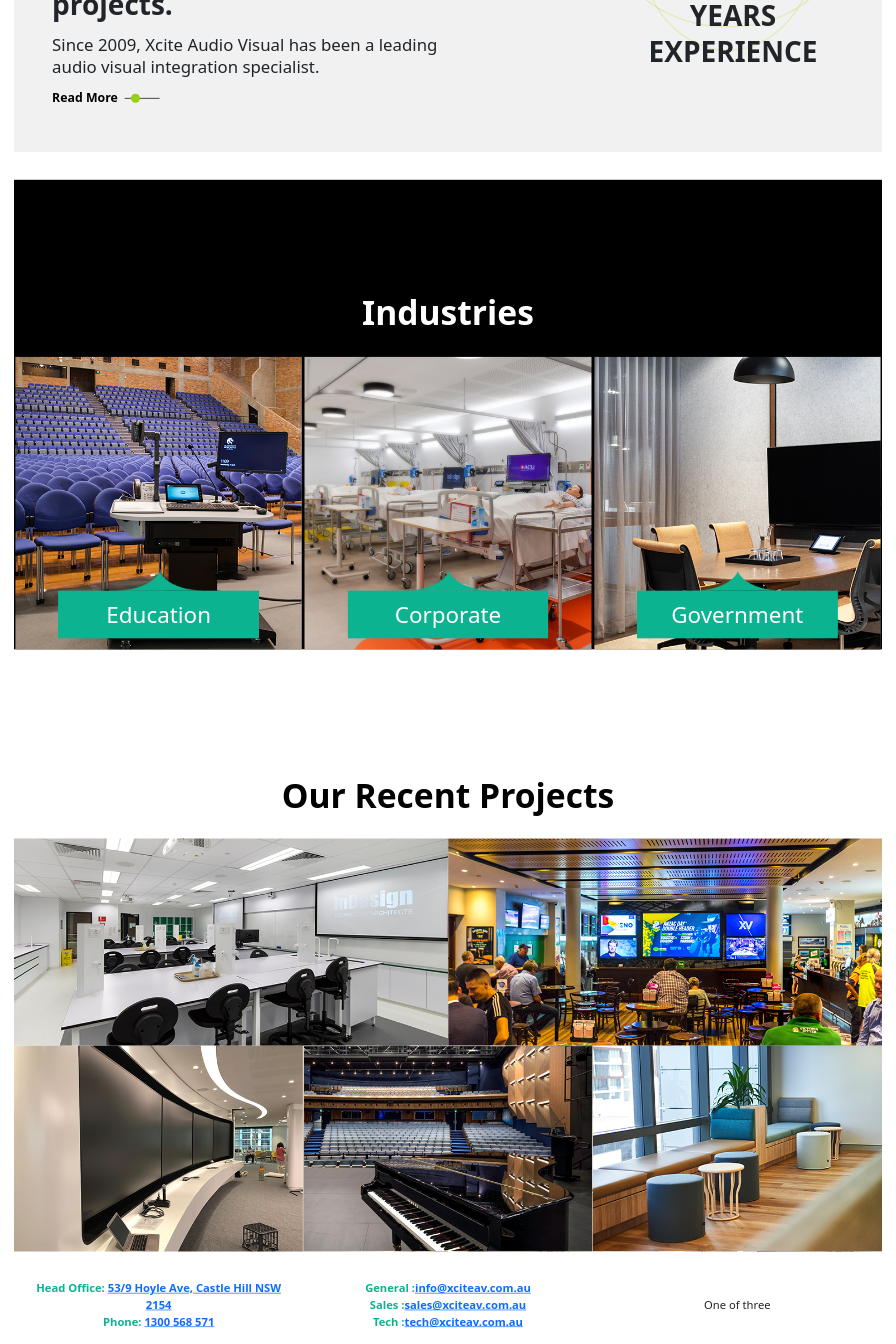
Repository: Imprasna/designplus
Page: index.html
An editor plug-in stored every save of this project. The page is shown before and after a run of saves, followed by the edit.
The browser window is 1280 px wide. The pictures show the part of the page from y = 1057 to 2977 px (the page is 2977 px tall), at 70% of full size.

Above is the page before, as saved 2022-03-16 23:21:17.

### index.html
<!DOCTYPE html>
<html lang="en">

<head>
  <meta charset="UTF-8">
  <meta http-equiv="X-UA-Compatible" content="IE=edge">
  <meta name="viewport" content="width=device-width, initial-scale=1.0">
  <link href="https://cdn.jsdelivr.net/npm/bootstrap@5.1.3/dist/css/bootstrap.min.css" rel="stylesheet"
    crossorigin="anonymous">
  <script src="https://cdn.jsdelivr.net/npm/bootstrap@5.1.3/dist/js/bootstrap.bundle.min.js" crossorigin="anonymous">
  </script>
  <link rel="stylesheet" href="style.css">
  <title>DesignPlus</title>
</head>

<body>

  <header>
    <div class="container-fluid">
      <nav class="navbar navbar-expand-lg navbar-light bg-light">
        <div class="container-fluid">
          <a class="navbar-brand" href="#"><img src="assets/Images/XCITEAV_logo.svg" alt=""></a>
          <button class="navbar-toggler" type="button" data-bs-toggle="collapse"
            data-bs-target="#navbarSupportedContent" aria-controls="navbarSupportedContent" aria-expanded="false"
            aria-label="Toggle navigation">
            <span class="navbar-toggler-icon"></span>
          </button>
          <div class="collapse navbar-collapse" id="navbarSupportedContent">
            <ul class="navbar-nav ms-auto mb-2 mb-lg-0">
              <li class="nav-item">
                <a class="nav-link active" aria-current="page" href="#">About</a>
              </li>
              <li class="nav-item">
                <a class="nav-link" href="#">Industries</a>
              </li>
              <li class="nav-item">
                <a class="nav-link" href="#">Xcite Care</a>
              </li>
              <li class="nav-item">
                <a class="nav-link" href="#">Projects</a>
              </li>
              <li class="nav-item">
                <a class="nav-link" href="#">Clients</a>
              </li>
              <li class="nav-item">
                <a class="nav-link" href="#">Contact Us</a>
              </li>
              <li class="nav-item tel-phone">
                <a href="tel:1300568571" class="nav-link">T: 1300 568 571</a>
              </li>
            </ul>
            <!-- <form class="d-flex">
                      <input class="form-control me-2" type="search" placeholder="Search" aria-label="Search">
                      <button class="btn btn-outline-success" type="submit">Search</button>
                    </form> -->
          </div>
        </div>
      </nav>
    </div>
  </header>

  <main>
    <section>
      <div class="container-fluid hero_sec">
        <img src="assets/Images/hero-banner.jpg" alt="">
        <p class="hero_texts">
          <span>Focused on</span> Providing reliable, robust solutions
        </p>
      </div>
    </section>

    <section>
      <div class="container-fluid second_sec">
        <div class="container-fluid">
          <div class="row second_sec-block">
            <div class="col-sm-5 col-md-6">
              <p>
                <span>Xcite Audio Visual</span> is a technology based company focused on providing reliable, robust
                solutions that enhance the user experience for our client's projects.
              </p>
              <p class="description">
                Since 2009, Xcite Audio Visual has been a leading audio visual integration specialist.
              </p>
              <a href="#">Read More</a>
            </div>
            <div class="col-sm-5 col-md-6 second_sec-img">
              <img src="assets/Images/about-ring.png" alt="">
              <p class="fifty">
                <span>50</span>
                years Experience
              </p>
            </div>
          </div>
        </div>
      </div>
    </section>

    <section>
      <div class="container-fluid industries">
        <div class="container-fluid">
          <div class="row industries_block">
            <h1>Industries</h1>
            <div class="col-md-4 g-1 align-items-end">
              <div class="card" style="width: 100%;">
                <img src="assets/Images/service_education.jpg" class="card-img-top" alt="...">
                <a href="#" class="btn btn-primary">Education</a>
                <!-- <div class="card-body">
                </div> -->
              </div>
            </div>
            <div class="col-md-4 g-1 align-items-end">
              <div class="card" style="width: 100%;">
                <img src="assets/Images/service_government.jpg" class="card-img-top" alt="...">
                <a href="#" class="btn btn-primary">Corporate</a>
                <!-- <div class="card-body">
                </div> -->
              </div>
            </div>
            <div class="col-md-4 g-1 align-items-end">
              <div class="card" style="width: 100%;">
                <img src="assets/Images/service_corporate.jpg" class="card-img-top" alt="...">
                <a href="#" class="btn btn-primary">Government</a>
                <!-- <div class="card-body">
                </div> -->
              </div>
            </div>
          </div>
        </div>
      </div>
    </section>

    <section>
      <div class="container-fluid third_sec">
        <div class="container-fluid">
          <div class="row third_sec-block">
            <h1>Our Recent Projects</h1>
            <div class="col-md-6 gx-0">
              <img src="assets/Images/recent_project_01.jpg" alt="">
            </div>
            <div class="col-md-6 gx-0">
              <img src="assets/Images/recent_project_02.jpg" alt="">
            </div>
          </div>
          <div class="row third_sec-block-2">
            <div class="col-md-4 gx-0">
              <img src="assets/Images/recent_project_03.jpg" alt="">
            </div>
            <div class="col-md-4 gx-0">
              <img src="assets/Images/recent_project_04.jpg" alt="">
            </div>
            <div class="col-md-4 gx-0">
              <img src="assets/Images/recent_project_05.jpg" alt="">
            </div>
          </div>
        </div>
      </div>
    </section>

  </main>

  <footer>
    <div class="container-fluid footer_sec">
      <div class="container-fluid">
        <div class="row align-items-center justify-content-center footer_sec-block">
            <div class="col-md-4 text-center">
              <p>Head Office: <a href="#">53/9 Hoyle Ave, Castle Hill NSW 2154</a></p>
              <p>Phone: <a href="tel:1300 568 571">1300 568 571</a></p>
            </div>
            <div class="col-md-4 text-center">
              <p>General :<a href="#">info@xciteav.com.au</a> </p>
              <p>Sales :<a href="#">sales@xciteav.com.au</a> </p>
              <p>Tech :<a href="#">tech@xciteav.com.au</a> </p>
            </div>
            <div class="col-md-4 text-center">
              One of three
            </div>
        </div>
      </div>
    </div>
  </footer>



</body>

</html>

### style.css
* {
    margin: 0;
    padding: 0;
    box-sizing: border-box;
}

html {
    scroll-behavior: smooth;
}


.hero_sec > img {
    width: 100%;
}

.container-fluid.hero_sec {
    padding: 0;
    position: relative;
}

p.hero_texts {
    position: absolute;
    top: 40%;
    left: 5%;
    font-size: 3.2rem;
    line-height: 1.3;
    font-weight: 700;
    color: #fff;
    max-width: 35%;
    width: 28%;
    z-index: 2;
}

p.hero_texts > span {
    position: relative;
    z-index: 2;
}

p.hero_texts > span::after {
    content: '';
    position: absolute;
    bottom: 7px;
    left: 0;
    width: 100%;
    height: 10px;
    background: #0BB390;
    z-index: -1;
}

.container-fluid.second_sec {
    padding: 20px;
    background: #fff;
}

.container-fluid.second_sec > .container-fluid {
    background: #f1f1f1;
}

.row.second_sec-block {
    display: flex;
    align-items: center;
    width: 95%;
    margin: 0 auto;
    padding: 4rem 0;
}

.row.second_sec-block > .col-sm-5.col-md-6 > p {
    font-size: 2.5rem;
    line-height: 1.3;
    font-weight: 600;
}

.row.second_sec-block > .col-sm-5.col-md-6 > p span {
    color: #0BB390;
}

.col-sm-5.col-md-6.second_sec-img {
    display: flex;
    justify-content: end;
    position: relative;
}

.row.second_sec-block > .col-sm-5.col-md-6 > p.description {
    font-size: 1.5rem;
    font-weight: 400;
}

.col-sm-5.col-md-6 > a {
    text-decoration: none;
    font-size: 1.1rem;
    font-weight: 700;
    color: #000;
    position: relative;
}

.col-sm-5.col-md-6 > a::after {
    content: '';
    position: absolute;
    height: 1px;
    width: 50px;
    background: #000;
    top: 13px;
    left: 110%;
}

.col-sm-5.col-md-6 > a::before {
    content: '';
    position: absolute;
    height: 13px;
    width: 13px;
    background: #99CF16;
    border-radius: 50%;
    left: 120%;
    top: 7px;
    z-index: 1;
}

.col-sm-5.col-md-6.second_sec-img > img {
    width: 60%;
    height: 100%;
}

.col-sm-5.col-md-6.second_sec-img > p.fifty {
    position: absolute;
    top: 6rem;
    left: 70%;
    display: flex;
    flex-direction: column;
    align-items: center;
    text-transform: uppercase;
    width: 1%;
    text-align: center;
}

.col-sm-5.col-md-6.second_sec-img > p.fifty span {
    font-size: 3em;
    font-weight: 700;
    color: #000;
}


.container-fluid.industries {
    background: #fff;
    padding: 20px 20px 0;
}

.container-fluid.industries > .container-fluid {
    background: #000;
}

.row.industries_block {
    padding-top: 10rem;
}

.row.industries_block > h1 {
    font-size: 3rem;
    font-weight: 700;
    color: #fff;
    text-align: center;
    margin-bottom: 2rem;
}

.card {
    border-radius: 0;
    position: relative;
    border: none;
}

.card > img {
    border-radius: 0;
}

a.btn.btn-primary {
    width: 70%;
    margin: 0 auto;
    padding: 10px 2px;
    position: absolute;
    bottom: 1rem;
    left: 15%;
    border-radius: 0;
    background: #0BB390;
    outline: none;
    border: none;
    font-size: 2rem;
    font-weight: 500;
}

a.btn.btn-primary::before {
    content: url(./assets/Images/service-shape.png);
    position: absolute;
    bottom: 3.5rem;
    left: 0;
    width: 100%;
}

.container-fluid.third_sec {
    padding: 20px;
    background: #fff;
}

.row.third_sec-block > .col-md-6.gx-0 > img {
    width: 100%;
}

.row.third_sec-block-2 > .col-md-4.gx-0 > img {
    width: 100%;
    height: auto;
}

.row.third_sec-block {
    padding-top: 10rem;
}

.row.third_sec-block > h1 {
    font-size: 3rem;
    font-weight: 700;
    color: #000;
    text-align: center;
    margin-bottom: 2rem;
}

.container-fluid.footer_sec {
    padding: 20px;
    background: #fff;
}

.col-md-4.text-center > p {
    color: #0BB390;
    font-weight: 600;
    margin-bottom: 0;
}

After the next 2 saves:
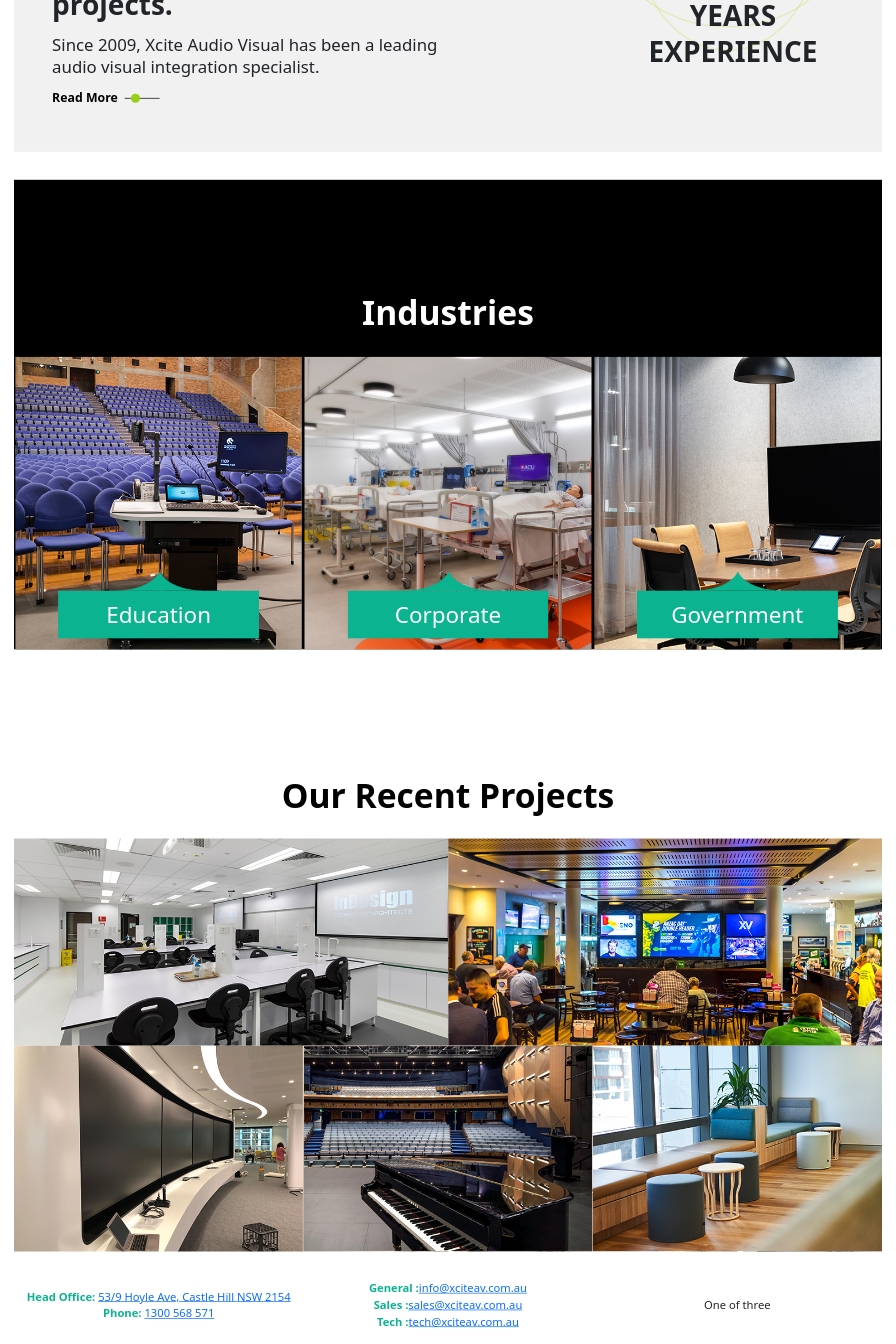
The 2 saves are shown as one change because they came seconds apart.
The last was saved 7 s later.
--- a/style.css
+++ b/style.css
@@ -229,3 +229,7 @@
     font-weight: 600;
     margin-bottom: 0;
 }
+
+.col-md-4.text-center > p > a {
+    font-weight: 300;
+}
